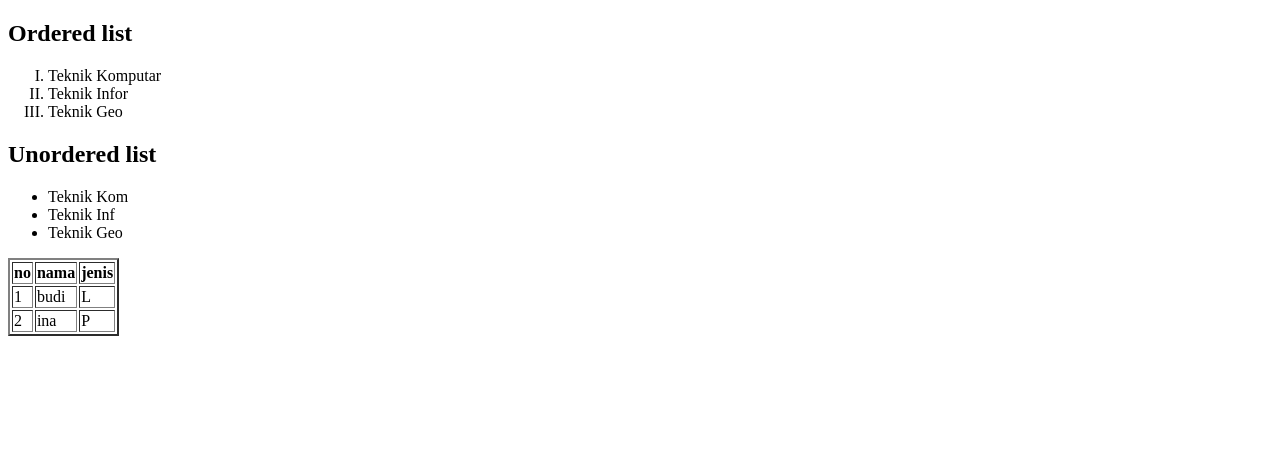
Repository: keyx-alt/pemrograman_web
Page: list.html
The author's editor kept a copy of each file at every save. The page is drawn from the files as they stood at one save, then again after the next save.
The browser window is 1280 px wide. The pictures show the whole page.

Above is the page before, as saved 2026-04-16 13:58:51.

### list.html
<!DOCTYPE html>
<html lang="en">
<head>
    <meta charset="UTF-8">
    <meta name="viewport" content="width=device-width, initial-scale=1.0">
    <title>Document</title>
</head>
<body>
    <h2>Ordered list</h2>

    <ol type="I">
        <li>Teknik Komputar</li>
        <li>Teknik Infor</li>
        <li>Teknik Geo</li>
    </ol>

    <h2>Unordered list</h2>

    <ul>
        <li>Teknik Kom</li>
        <li>Teknik Inf</li>
        <li>Teknik Geo</li>
    </ul>

    <table border="2">
        <tr>
            <th>no</th>
            <th>nama</th>
            <th>jenis</th>
        </tr>
        <tr>
            <td>1</td>
            <td>budi</td>
            <td>L</td>
        </tr>
        <tr>
            <td>2</td>
            <td>ina</td>
            <td>P</td>
        </tr>
    </table>

</body>
</html>

After the next save:
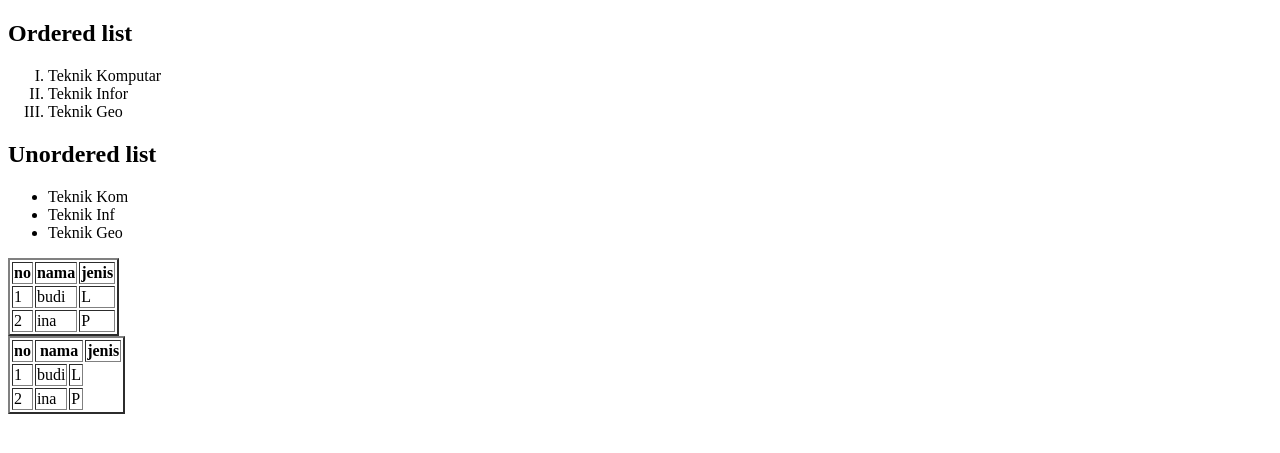
Saved 41 s later.
--- a/list.html
+++ b/list.html
@@ -40,5 +40,22 @@
         </tr>
     </table>
 
+     <table border="2">
+        <tr>
+            <th>no</th>
+            <th colspan="2">nama</th>
+            <th>jenis</th>
+        </tr>
+        <tr>
+            <td>1</td>
+            <td>budi</td>
+            <td>L</td>
+        </tr>
+        <tr>
+            <td>2</td>
+            <td>ina</td>
+            <td>P</td>
+        </tr>
+    </table>
 </body>
 </html>
